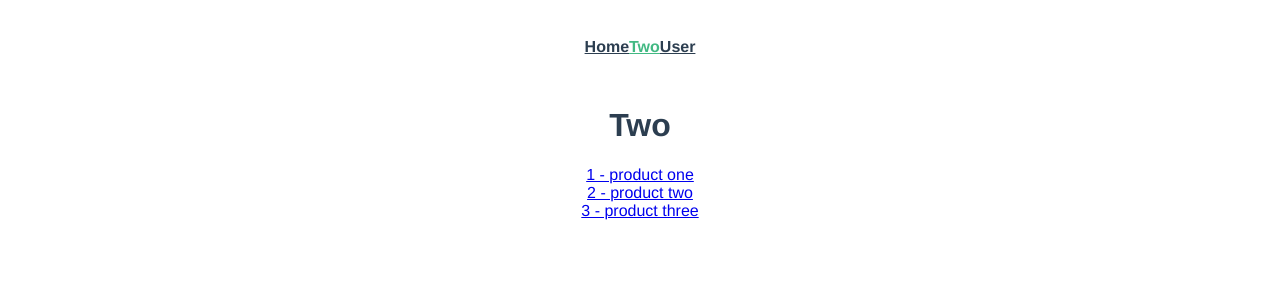
Repository: wolkenheim/vue2-typescript-rxjs-playground
Page: /two
These files come from the project's save history. The page is drawn as it stood at one moment and after the next save; the edit follows.
The browser window is 1280 px wide. The pictures show the whole page.
The project was rebuilt for these pictures with package versions that can differ from the ones it lists, and the page was loaded fresh each time. Requests to the local data server were answered from the project's data file. Also part of the build but not shown: src/components/BriefingList.vue, src/components/BriefingDetail.vue.

Above is the page before, as saved 2020-11-05 20:17:01.

After the next save:
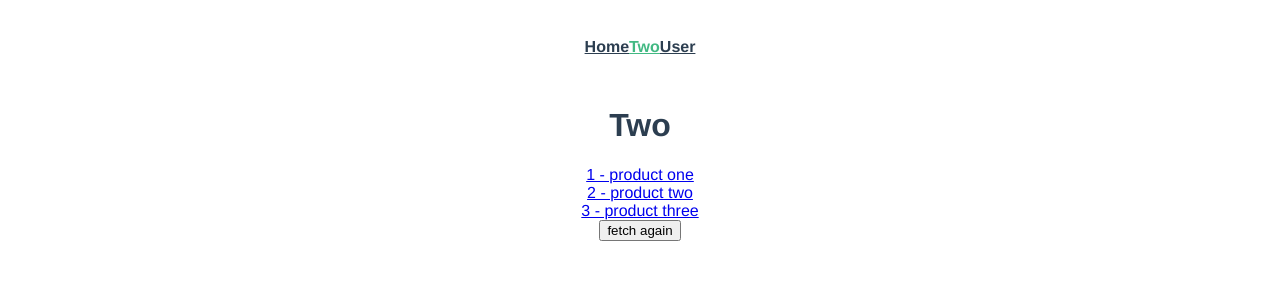
Saved 3 min 23 s later.
--- a/src/components/BriefingListTwo.vue
+++ b/src/components/BriefingListTwo.vue
@@ -8,6 +8,9 @@
       >
         {{ briefing.id }} - {{ briefing.name }}
       </router-link>
+    </div>
+    <div>
+      <button @click="fetchAgain">fetch again</button>
     </div>
   </div>
 </template>
@@ -31,6 +34,10 @@ export default class BriefingListTwo extends Vue {
     this.fetchAllBriefingsReactive();
   }
 
+  async fetchAgain() {
+    briefingsServiceReactive.getBriefings();
+  }
+
   fetchAllBriefingsReactive() {
     this.briefingListHandle = briefingsServiceReactive.state$.subscribe(
       (briefingList) => {
